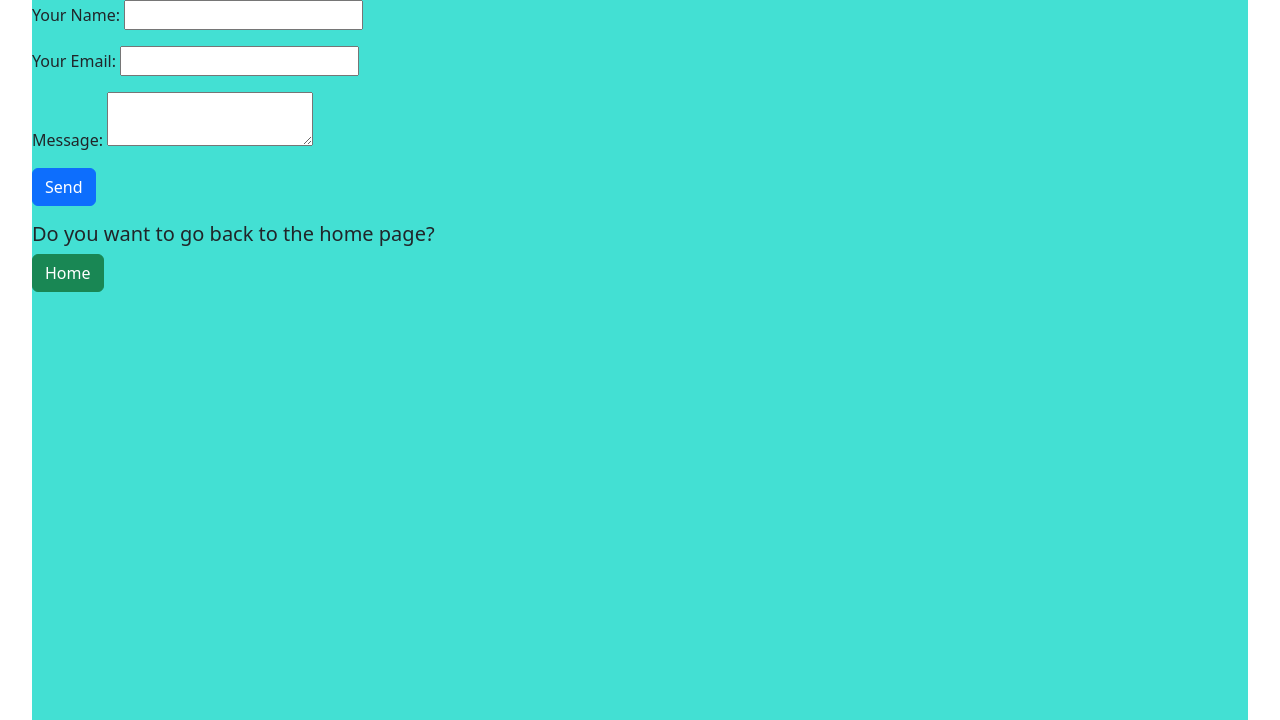
Repository: collegedude9300/zenstationnext
Page: /Contact
An editor plug-in stored every save of this project. The page is shown before and after the next save, followed by the edit.
The browser window is 1280 px wide. The pictures show the whole page.
The project was rebuilt for these pictures with package versions that can differ from the ones it lists, and the page was loaded fresh each time. The framework's server and built-in components were replaced by stand-ins that run in the browser. Also part of the build but not shown: next.config.js.

Above is the page before, as saved 2022-10-12 09:20:30.

### pages/Contact.js

import Head from 'next/head'
import Image from 'next/image'
import styles from '../styles/Home.module.css'
import 'bootstrap/dist/css/bootstrap.css'
import Link from 'next/link'
export default function Contact() {
return (
    <div className={styles.container}>
      <Head>
        <title>Contact</title>
        <meta name="description" content="Generated by create next app" />
        <link rel="icon" href="/favicon.ico" />
      </Head>
      <main className={styles.pages}>
    <form name="contact" method="POST" data-netlify="true">
      <p> <label>Your Name: <input type="text" name="name" /></label>    </p>
      <p> <label>Your Email: <input type="email" name="email" /></label> </p>
      <p> <label>Message: <textarea name="message"></textarea></label>   </p>
      <p> <button type="submit" class="btn btn-primary">Send</button>    </p>
    </form>
    <h5>Do you want to go back to the home page?</h5>
    <Link href="/">
    <a class="btn btn-success">Home</a>
    </Link>
      </main>
    </div>
  )
}

### styles/Home.module.css
.container {
  padding: 0 2rem;
}
.pages{
  background-color: #43e0d3;
  min-height: 100vh;
}
.main {
  min-height: 100vh;
  padding: 4rem 0;
  flex: 1;
  display: flex;
  flex-direction: column;
  justify-content: center;
  align-items: center;
}
.aboutBio {

  margin: 0;
  line-height: 1.15;
  font-size: 4rem;
  text-align: center;
}
.footer {
  display: flex;
  flex: 1;
  padding: 2rem 0;
  border-top: 1px solid #eaeaea;
  justify-content: center;
  align-items: center;
}

.footer a {
  display: flex;
  justify-content: center;
  align-items: center;
  flex-grow: 1;
}

.title a {
  color: #0070f3;
  text-decoration: none;
}

.title a:hover,
.title a:focus,
.title a:active {
  text-decoration: underline;
}

.title {
  margin: 0;
  line-height: 1.15;
  font-size: 4rem;
}

.title,
.description {
  text-align: center;
}

.description {
  margin: 4rem 0;
  line-height: 1.5;
  font-size: 1.5rem;
}

.code {
  background: #fafafa;
  border-radius: 5px;
  padding: 0.75rem;
  font-size: 1.1rem;
  font-family: Menlo, Monaco, Lucida Console, Liberation Mono, DejaVu Sans Mono,
    Bitstream Vera Sans Mono, Courier New, monospace;
}

.grid {
  display: flex;
  align-items: center;
  justify-content: center;
  flex-wrap: wrap;
  max-width: 800px;
}

.card {
  margin: 1rem;
  padding: 1.5rem;
  text-align: left;
  color: inherit;
  text-decoration: none;
  border: 1px solid #eaeaea;
  border-radius: 10px;
  transition: color 0.15s ease, border-color 0.15s ease;
  max-width: 300px;
}

.card:hover,
.card:focus,
.card:active {
  color: #0070f3;
  border-color: #0070f3;
}

.card h2 {
  margin: 0 0 1rem 0;
  font-size: 1.5rem;
}

.card p {
  margin: 0;
  font-size: 1.25rem;
  line-height: 1.5;
}

.logo {
  height: 1em;
  margin-left: 0.5rem;
}

@media (max-width: 600px) {
  .grid {
    width: 100%;
    flex-direction: column;
  }
}

@media (prefers-color-scheme: dark) {
  .card,
  .footer {
    border-color: #222;
  }
  .code {
    background: #111;
  }
  .logo img {
    filter: invert(1);
  }
}

Loaded but not shown: pages/_app.js (common file); styles/globals.css (common file)

After the next save:
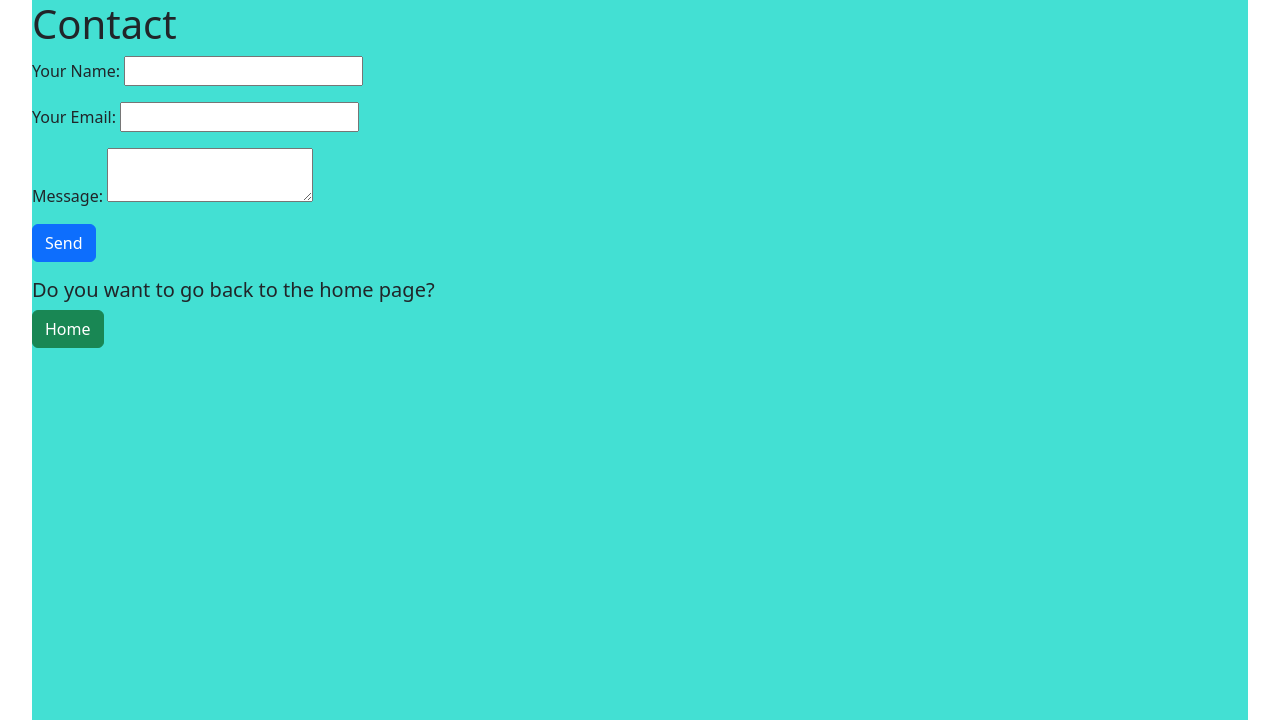
Saved 2 min 20 s later.
--- a/pages/Contact.js
+++ b/pages/Contact.js
@@ -13,6 +13,7 @@ return (
         <link rel="icon" href="/favicon.ico" />
       </Head>
       <main className={styles.pages}>
+      <h1> Contact </h1>
     <form name="contact" method="POST" data-netlify="true">
       <p> <label>Your Name: <input type="text" name="name" /></label>    </p>
       <p> <label>Your Email: <input type="email" name="email" /></label> </p>
